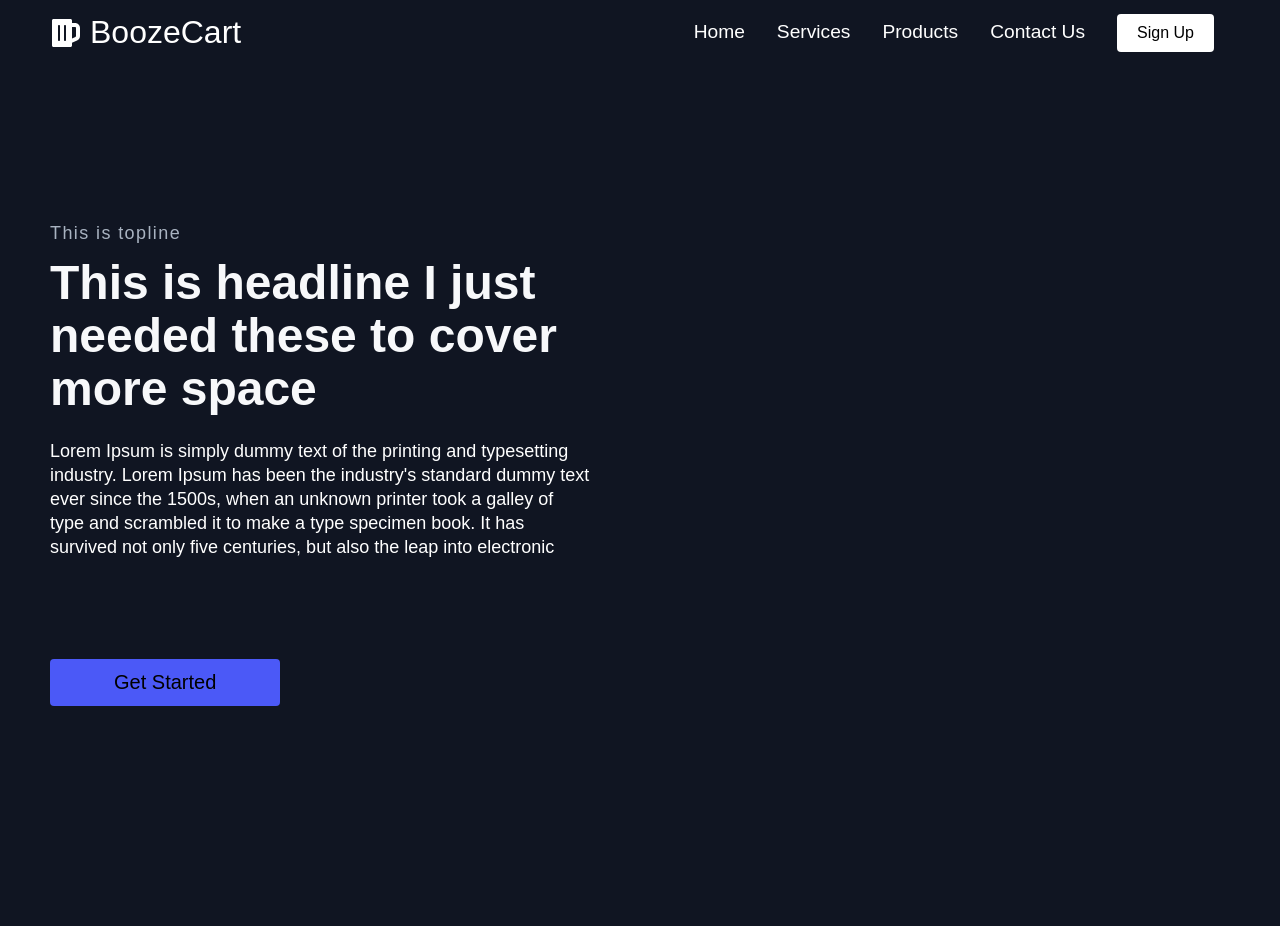
Repository: ajaygc95/Django-and-react
Page: / (app in galamart_sell/boozecart/)
These files come from the project's save history. The page is drawn as it stood at one moment and after the next save; the edit follows.
The browser window is 1280 px wide. The pictures show the whole page.
The project was rebuilt for these pictures with package versions that can differ from the ones it lists, and the page was loaded fresh each time.

Above is the page before, as saved 2021-04-13 00:09:49.

### galamart_sell/boozecart/src/App.js
import { Navbar } from "./components";
import { BrowserRouter as Router, Switch, Route } from "react-router-dom";
import GlobalStyle from "./globalStyles";
import Home from "./pages/HomePage/Home";
function App() {
  return (
    <Router>
      <GlobalStyle />
      <Navbar></Navbar>
      <Switch>
        <Route path="/" exact component={Home}></Route>
      </Switch>
    </Router>
  );
}

export default App;

### galamart_sell/boozecart/src/components/index.js
export { default as Navbar } from "./NavBar/Navbar";
export { default as InfoSection } from "./InfoSection/InfoSection";

### galamart_sell/boozecart/src/globalStyles.js
import styled, { createGlobalStyle } from "styled-components";

const GlobalStyle = createGlobalStyle`
*{
    box-sizing: border-box;
    margin: 0;
    padding: 0;
    font-family: 'Source Sans Pro', sans-serif;
}

`;

export const Container = styled.div`
  z-index: 1;
  width: 100%;
  margin-right: auto;
  margin-left: auto;
  max-width: 1300px;
  padding-right: 50px;
  padding-left: 50px;

  @media screen and (max-width: 991px) {
    padding-right: 30px;
    padding-left: 30px;
  }
`;

export const Button = styled.button`
  border-radius: 4px;
  background: ${({ primary }) => (primary ? "#4b59f7" : "white")};
  white-space: nowrap;
  padding: ${({ big }) => (big ? "12px 64px" : "10px 20px")};
  font-size: ${({ fontBig }) => (fontBig ? "20px" : "16px")};
  outline: none;
  border: none;
  cursor: pointer;

  &:hover {
    transition: all 0.3s ease-out;
    background: ${({ primary }) => (primary ? "#0467fb" : "#4b59f7")};
    color: white;
  }

  @media screen and (max-width: 960px) {
    width: 100%;
  }
`;

export default GlobalStyle;

### galamart_sell/boozecart/src/pages/HomePage/Home.js
import React from "react";
import { InfoSection } from "../../components";
import { homeObj } from "./Data";

const Home = () => {
  return (
    <>
      <InfoSection {...homeObj}></InfoSection>
    </>
  );
};

export default Home;

### galamart_sell/boozecart/src/components/NavBar/Navbar.js
import React, { useEffect, useState } from "react";
import { FaBars, FaTimes } from "react-icons/fa";
import { Button } from "../../globalStyles";

import {
  Nav,
  NavbarContainer,
  NavIcon,
  NavLogo,
  MobileIcon,
  NavMenu,
  NavItem,
  NavLinks,
  NavItemBtn,
  NavBtnLink,
} from "./Navbar.element";

const Navbar = () => {
  const [click, setClick] = useState(false);
  const [button, setButton] = useState(true);
  const handleClick = () => setClick(!click);

  const showButton = () => {
    if (window.innerWidth <= 960) {
      setButton(false);
    } else {
      setButton(true);
    }
  };

  useEffect(() => {
    showButton();
  });
  window.addEventListener("resize", showButton);
  return (
    <>
      <Nav>
        <NavbarContainer>
          <NavLogo to="/">
            <NavIcon />
            BoozeCart
          </NavLogo>
          <MobileIcon onClick={handleClick}>
            {click ? <FaTimes /> : <FaBars />}
          </MobileIcon>
          <NavMenu onClick={handleClick} click={click}>
            <NavItem>
              <NavLinks to="/">Home</NavLinks>
            </NavItem>
            <NavItem>
              <NavLinks to="/services">Services</NavLinks>
            </NavItem>
            <NavItem>
              <NavLinks to="/Products">Products</NavLinks>
            </NavItem>
            <NavItem>
              <NavLinks to="/contact">Contact Us</NavLinks>
            </NavItem>
            <NavItemBtn>
              {button ? (
                <NavBtnLink to="/sign-up">
                  <Button> Sign Up</Button>
                </NavBtnLink>
              ) : (
                <NavBtnLink to="/sign-up">
                  <Button fontBig primary>
                    Sign Up
                  </Button>
                </NavBtnLink>
              )}
            </NavItemBtn>
          </NavMenu>
        </NavbarContainer>
      </Nav>
    </>
  );
};

export default Navbar;

### galamart_sell/boozecart/src/components/InfoSection/InfoSection.js
import React from "react";
import { Link } from "react-router-dom";
import { Button, Container } from "../../globalStyles";
import {
  Heading,
  InfoColumn,
  InfoRow,
  InfoSec,
  Subtitle,
  TextWrapper,
  TopLine,
} from "./InfoSection.element";

const InfoSection = ({
  primary,
  lightBg,
  imgStart,
  lightTopLine,
  lightTextDesc,
  buttonLabel,
  description,
  headline,
  lightText,
  topLine,
}) => {
  return (
    <>
      <InfoSec lightBg={lightBg}>
        <Container>
          <InfoRow imgStart={imgStart}>
            <InfoColumn>
              <TextWrapper>
                <TopLine lightTopLine={lightTopLine}>{topLine}</TopLine>
                <Heading lightText={lightText}>{headline}</Heading>
                <Subtitle lightText={lightTextDesc}>{description}</Subtitle>
                <Link to="/sign-up">
                  <Button big fontBig primary={primary}>
                    {buttonLabel}
                  </Button>
                </Link>
              </TextWrapper>
            </InfoColumn>
          </InfoRow>
        </Container>
      </InfoSec>
    </>
  );
};

export default InfoSection;

### galamart_sell/boozecart/src/pages/HomePage/Data.js
export const homeObj = {
  lightBg: false,
  primary: true,
  lightBg: false,
  imgStart: "",
  lightTopLine: true,
  lightTextDesc: true,
  buttonLabel: "Get Started",
  description:
    "  Lorem Ipsum is simply dummy text of the printing and typesetting industry. Lorem Ipsum has been the industry's standard dummy text ever since the 1500s, when an unknown printer took a galley of type and scrambled it to make a type specimen book. It has survived not only five centuries, but also the leap into electronic ",
  headline: "This is headline I just needed these to cover more space",
  lightText: true,
  topLine: "This is topline",
};

### galamart_sell/boozecart/src/components/NavBar/Navbar.element.js
import styled from "styled-components";
import { Container } from "../../globalStyles";
import { Link } from "react-router-dom";
import { FaBeer } from "react-icons/fa";

export const Nav = styled.nav`
  background: #101522;
  height: 65px;
  display: flex;
  justify-content: center;
  align-items: center;
  font-size: 1.2rem;
  position: sticky;
  top: 0;
  z-index: 999;
  color: white;
`;

export const NavbarContainer = styled(Container)`
  display: flex;
  justify-content: space-between;
  align-items: center;
  height: 65px;
$(Container)

`;

export const NavLogo = styled(Link)`
  color: #fff;
  justify-self: flex-start;
  cursor: pointer;
  text-decoration: none;
  font-size: 2rem;
  display: flex;
  align-items: center;
`;

export const NavIcon = styled(FaBeer)`
  margin-right: 0.5rem;
  color: white;
`;

export const MobileIcon = styled.div`
  display: none;

  @media screen and (max-width: 960px) {
    display: flex;
    align-items: center;
    display: block;
    position: absolute;
    right: 10px;
    line-height: 65px;
    font-size: 2rem;
    cursor: pointer;
  }
`;

export const NavMenu = styled.ul`
  display: flex;
  align-items: center;
  text-align: center;
  list-style: none;

  @media screen and (max-width: 960px) {
    display: flex;
    flex-direction: column;
    width: 100%;
    height: 90vh;
    position: absolute;
    top: 65px;
    left: ${({ click }) => (click ? 0 : "-100%")};
    opacity: 1;
    transition: all 0.3s ease;
    background: #101522;
  }
`;

export const NavItem = styled.li`
  height: 65px;
  border-bottom: 2px solid transparent;

  &:hover {
    border-bottom: 2px solid #0467fb;
  }

  @media screen and (max-width: 960px) {
    width: 100%;
    align-items: center;
    &:hover {
      border: none;
    }
  }
`;

export const NavLinks = styled(Link)`
  color: #fff;
  display: flex;
  align-items: center;
  text-decoration: none;
  padding: 0.5rem 1rem;
  height: 100%;

  &:hover {
    color: #0467fb;
  }

  @media screen and (max-width: 960px) {
    text-align: center;
    padding: 2rem;
    width: 100%;
    display: table;

    &:hover {
      color: #4b59f7;
      transition: all 0.3s ease;
    }
  }
`;

export const NavItemBtn = styled.li`
  display: flex;
  @media screen and (max-width: 960px) {
    display: flex;
    justify-content: center;
    width: 100%;
    width: 100%;
    height: 120px;
  }
`;

export const NavBtnLink = styled(Link)`
  display: flex;
  justify-content: center;
  align-items: center;
  text-decoration: none;
  padding: 8px 16px;
  height: 100%;
  width: 100%;
  border: none;
  outline: none;
`;

### galamart_sell/boozecart/src/components/InfoSection/InfoSection.element.js
import styled from "styled-components";

export const InfoSec = styled.div`
  color: #fff;
  padding: 160px 0;
  background: ${({ lightBg }) => (lightBg ? "#fff" : "#101522")};
`;

export const InfoRow = styled.div`
  display: flex;
  margin: 0 -15px -15px -15px;
  flex-wrap: wrap;
  align-items: center;
  flex-direction: ${({ imgStart }) => (imgStart ? "row-reverse" : "row")};
`;

export const InfoColumn = styled.div`
  margin-bottom: 15px;
  padding-right: 15px;
  padding-left: 15px;
  flex: 1;
  max-width: 50%;
  flex-basis: 50%;

  @media screen and (max-width: 768px) {
    max-width: 100%;
    flex-basis: 100%;
    display: flex;
    justify-content: center;
  }
`;

export const TextWrapper = styled.div`
  max-width: 540px;
  padding-top: 0;
  padding-bottom: 60px;

  @media screen and (max-width: 768px) {
    padding-bottom: 65px;
  }
`;

export const TopLine = styled.div`
  color: ${({ lightTopLine }) => (lightTopLine ? "#a9b3c1" : "#4b59f7")};
  font-size: 18px;
  line-height: 16px;
  letter-spacing: 1.4px;
  margin-bottom: 16px;
`;

export const Heading = styled.h1`
  margin-bottom: 24px;
  font-size: 48px;
  line-height: 1.1;
  color: ${({ lightText }) => (lightText ? "#f7f8fa" : "#1c2237")};
`;

export const Subtitle = styled.p`
  margin-bottom: 100px;
  font-size: 35px;
  font-size: 18px;
  line-height: 24px;
  color: ${({ lightTextDesc }) => (lightTextDesc ? "white" : "white")};
`;

Loaded but not shown: galamart_sell/boozecart/public/index.html (common file); galamart_sell/boozecart/src/index.js (common file)

After the next save:
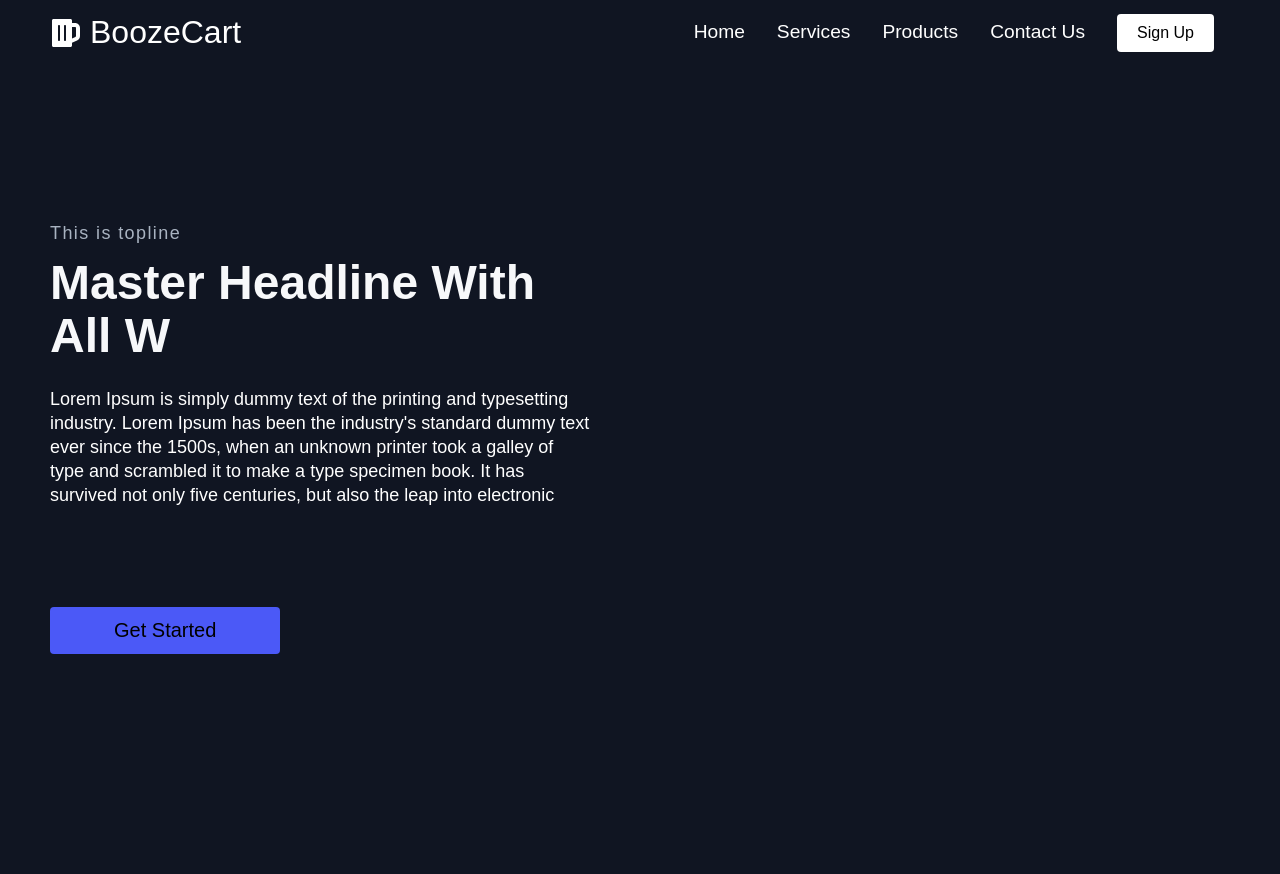
Saved 18 s later.
--- a/galamart_sell/boozecart/src/pages/HomePage/Data.js
+++ b/galamart_sell/boozecart/src/pages/HomePage/Data.js
@@ -8,7 +8,7 @@ export const homeObj = {
   buttonLabel: "Get Started",
   description:
     "  Lorem Ipsum is simply dummy text of the printing and typesetting industry. Lorem Ipsum has been the industry's standard dummy text ever since the 1500s, when an unknown printer took a galley of type and scrambled it to make a type specimen book. It has survived not only five centuries, but also the leap into electronic ",
-  headline: "This is headline I just needed these to cover more space",
+  headline: "Master Headline With All W",
   lightText: true,
   topLine: "This is topline",
 };
